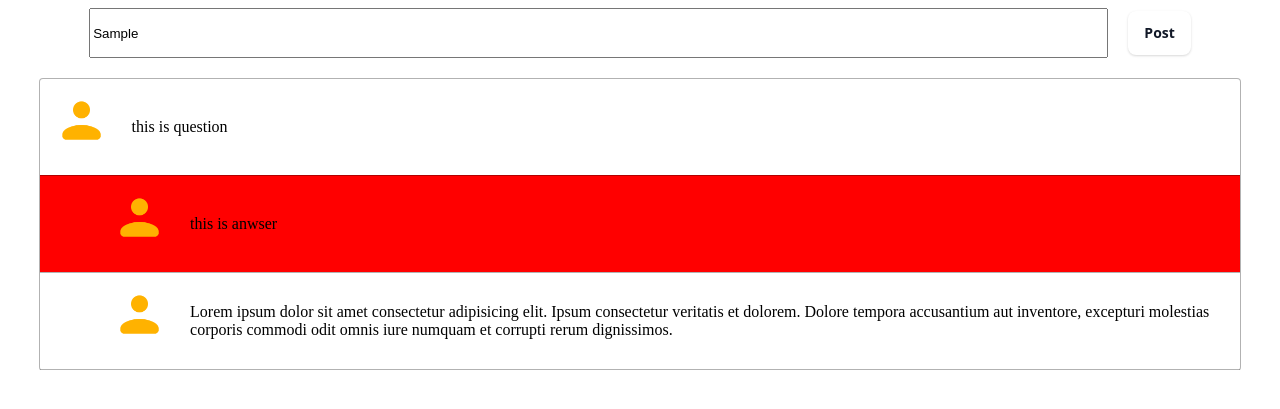
Repository: AOY311/DuckEdu
Page: test2.html
The author's editor kept a copy of each file at every save. The page is drawn from the files as they stood at one save, then again after the next save.
The browser window is 1280 px wide. The pictures show the whole page.
Empty fields were first filled with sample values (such as "Sample", 5 or name@example.com).
After loading, the first visible `div.accordion__header` was clicked once.

Above is the page before, as saved 2021-10-31 16:56:19.

After the next save:
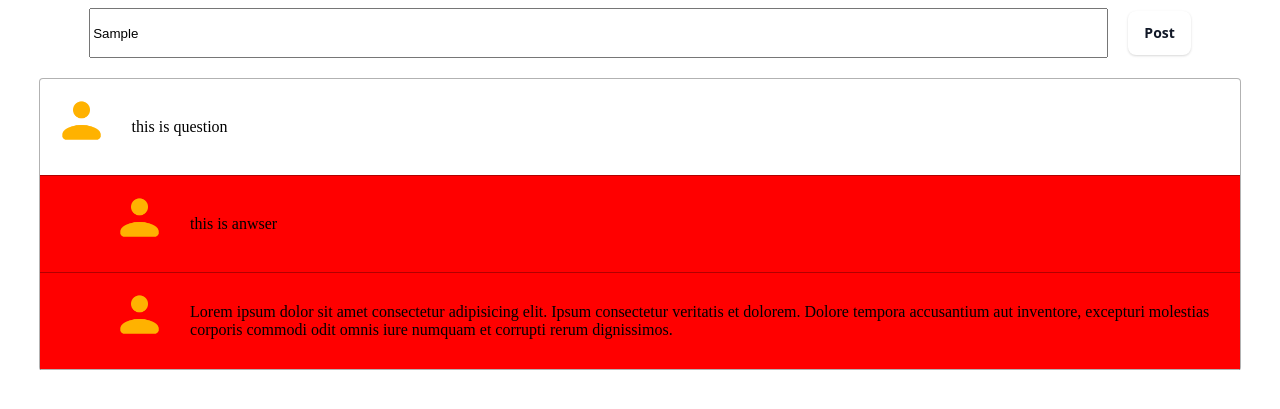
Saved 16 min 46 s later.
--- a/test2.html
+++ b/test2.html
@@ -198,7 +198,7 @@
 </body>
 <script>
     function showComment(obj) {
-        $(obj).next().css("background", "red");
+        $(obj).nextAll().css("background", "red");
     }
 </script>
 
